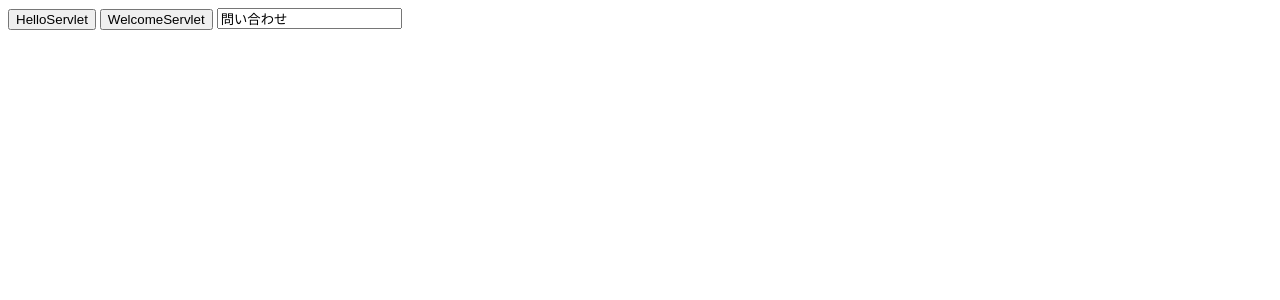
Repository: yoshimi-takeuchi/test
Page: http://localhost/HelloServlet/
An editor plug-in stored every save of this project. The page is shown before and after the next save, followed by the edit.
The browser window is 1280 px wide. The pictures show the whole page.
The page is served by Tomcat 9. Other server files are loaded and not shown.

Above is the page before, as saved 2019-01-31 04:31:42.

### HelloServlet/WebContent/index.jsp
<%@ page language="java" contentType="text/html; charset=UTF-8"
    pageEncoding="UTF-8"%>
<!DOCTYPE html>
	<html>
		<head>
		<meta charset="UTF-8">
		<title>HelloServlet</title>
		</head>
	<body>

		<input type="button" value="HelloServlet" onClick="location.href='HelloServlet'">
		<input type="button" value="WelcomeServlet" onClick="location.href='welcome.jsp'">
		<input type="botton" value="問い合わせ" onClick="location.herf='inquiry.jsp'">

	</body>
</html>

After the next save:
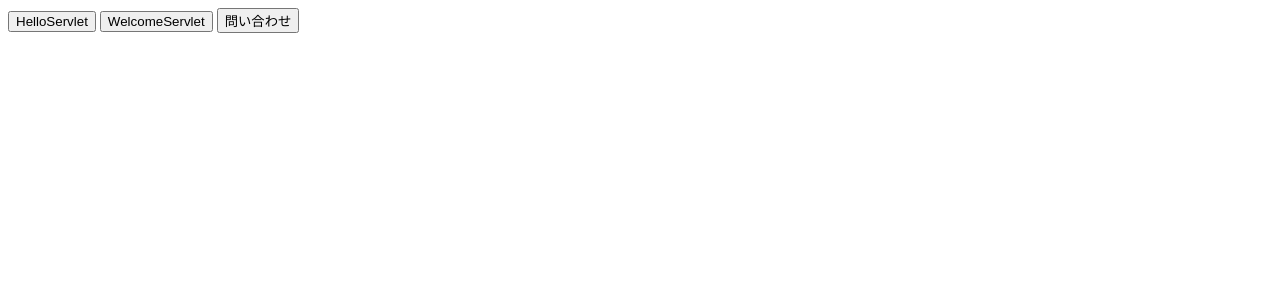
Saved 12 s later.
--- a/HelloServlet/WebContent/index.jsp
+++ b/HelloServlet/WebContent/index.jsp
@@ -10,7 +10,7 @@
 
 		<input type="button" value="HelloServlet" onClick="location.href='HelloServlet'">
 		<input type="button" value="WelcomeServlet" onClick="location.href='welcome.jsp'">
-		<input type="botton" value="問い合わせ" onClick="location.herf='inquiry.jsp'">
+		<input type="button" value="問い合わせ" onClick="location.herf='inquiry.jsp'">
 
 	</body>
 </html>
